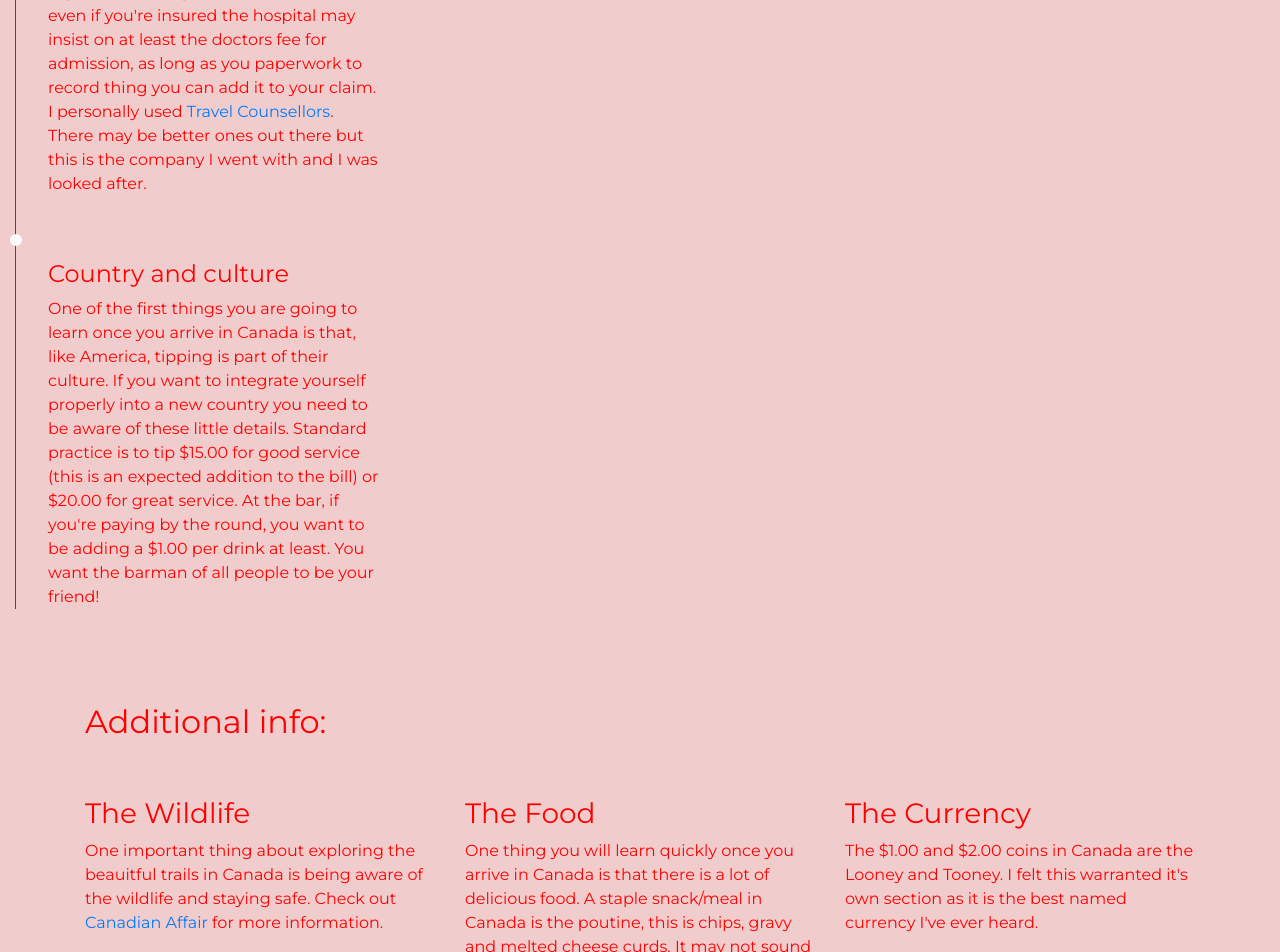
Repository: JonWil91/Travel-Canada
Page: info.html
The author's editor kept a record of every edit. The page is drawn from the files as they stood at one moment, then again after the next edit.
The browser window is 1280 px wide. The pictures show the part of the page from y = 1178 to 2130 px (the page is 2281 px tall).
Some web libraries are served in a nearby version.

Above is the page before.

After the next edit:
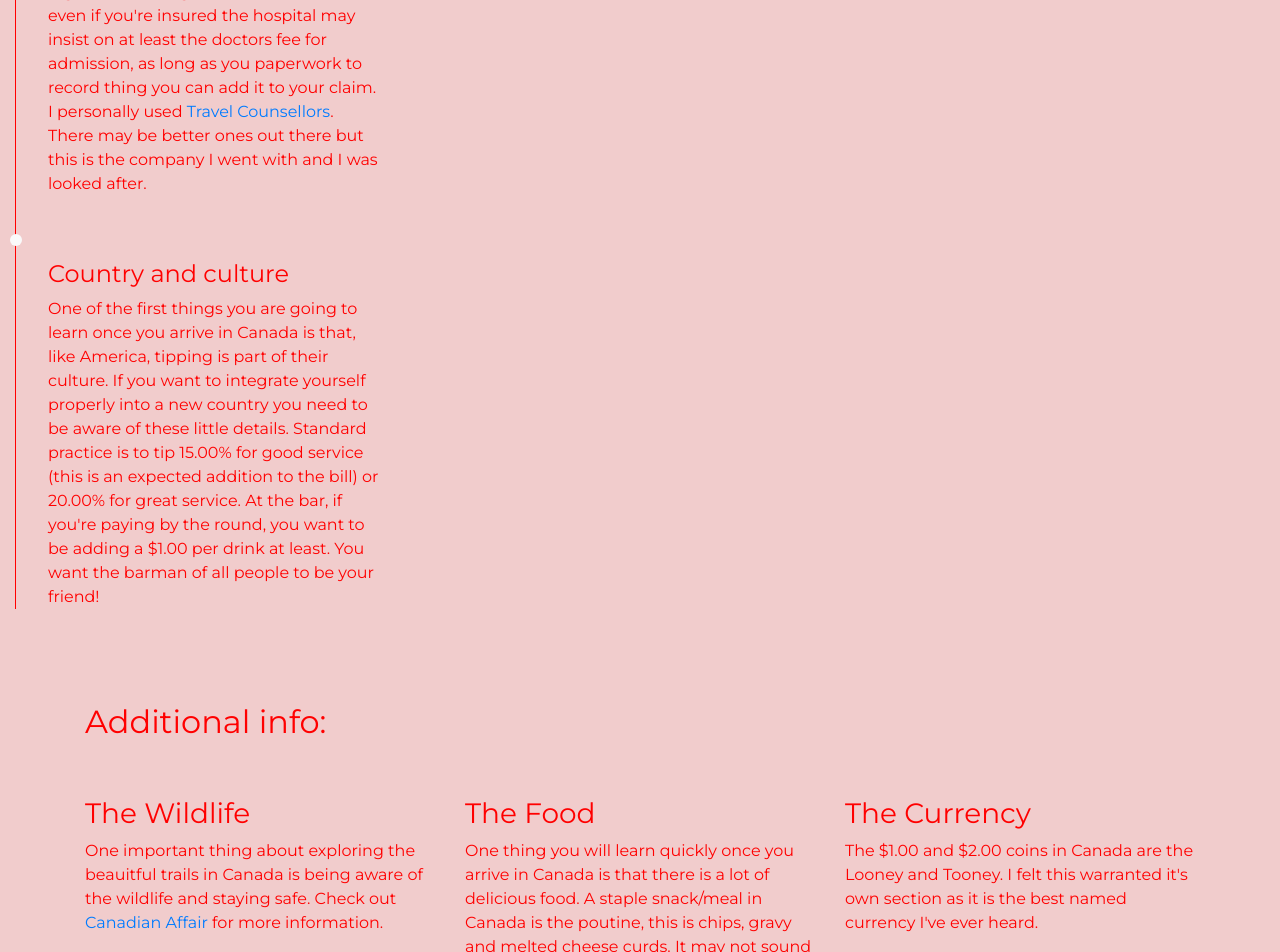
The edit:
--- a/info.html
+++ b/info.html
@@ -74,7 +74,7 @@
                         <div class="timeline-item">
                             <h4>Country and culture</h4>
                             <p>One of the first things you are going to learn once you arrive in Canada is that, like America, tipping is part of their culture. If you want to integrate yourself properly into a new country you need to be aware of these little
-                                details. Standard practice is to tip $15.00 for good service (this is an expected addition to the bill) or $20.00 for great service. At the bar, if you're paying by the round, you want to be adding a $1.00 per drink at
+                                details. Standard practice is to tip 15.00% for good service (this is an expected addition to the bill) or 20.00% for great service. At the bar, if you're paying by the round, you want to be adding a $1.00 per drink at
                                 least. You want the barman of all people to be your friend!</p>
                         </div>
                     </div>
